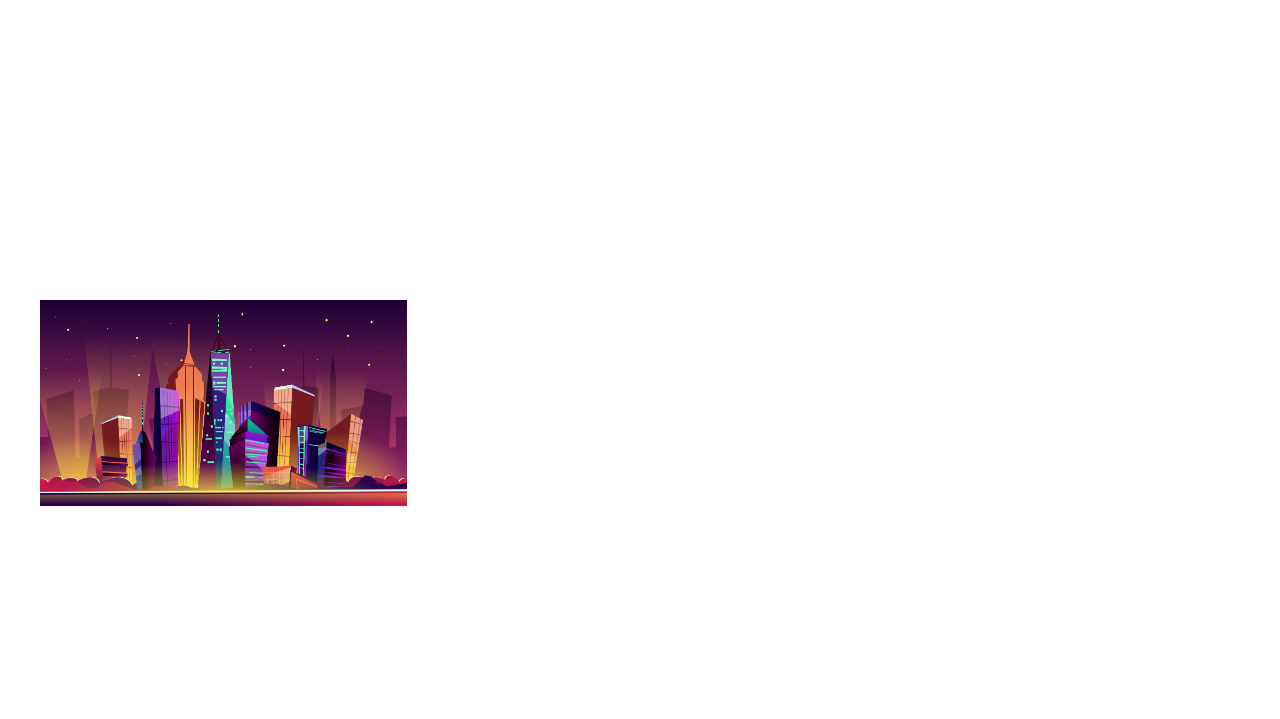
Repository: akinolapo/artverse
Page: /
The author's editor kept a copy of each file at every save. The page is drawn from the files as they stood at one save, then again after the next save.
The browser window is 1280 px wide. The pictures show the part of the page from y = 720 to 1439 px (the page is 1439 px tall).
The project was rebuilt for these pictures with package versions that can differ from the ones it lists, and the page was loaded fresh each time.

Above is the page before, as saved 2022-07-25 02:04:47.

After the next save:
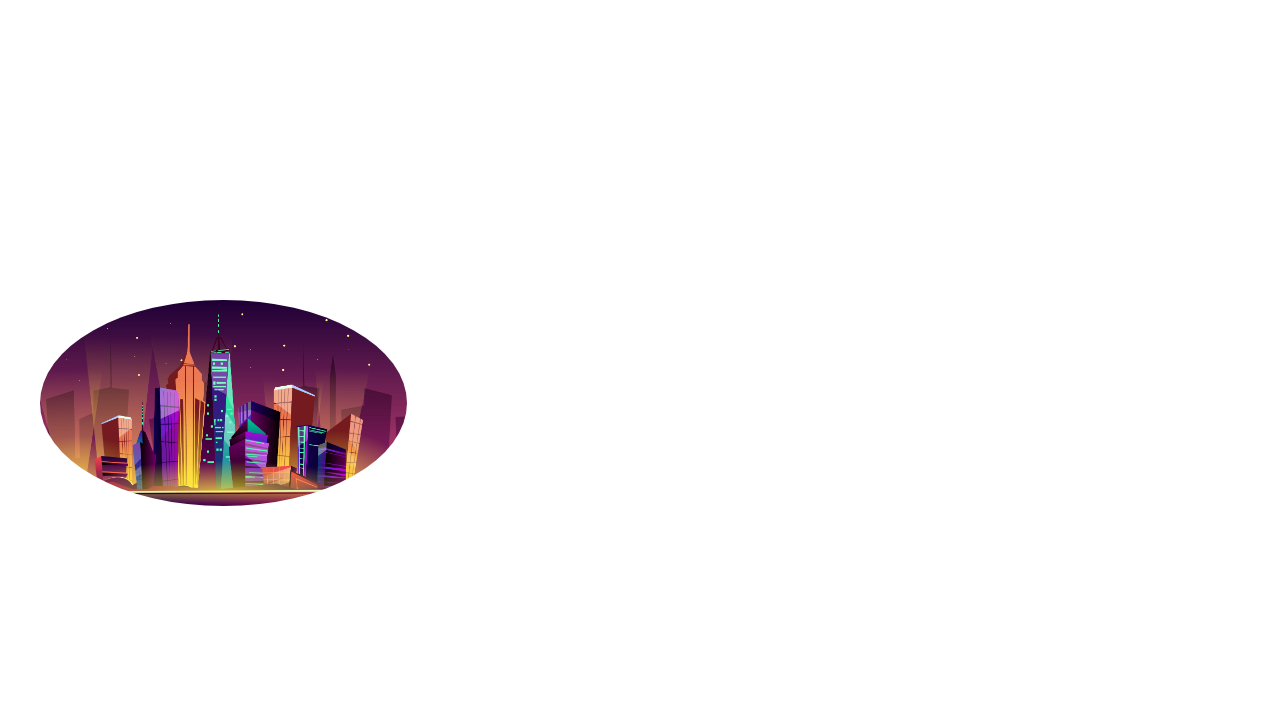
Saved 6 s later.
--- a/src/index.css
+++ b/src/index.css
@@ -58,5 +58,5 @@
 }
 
 .carouselImg{
-  border-radius: ;
+  border-radius: 100%;
 }

After the save that followed:
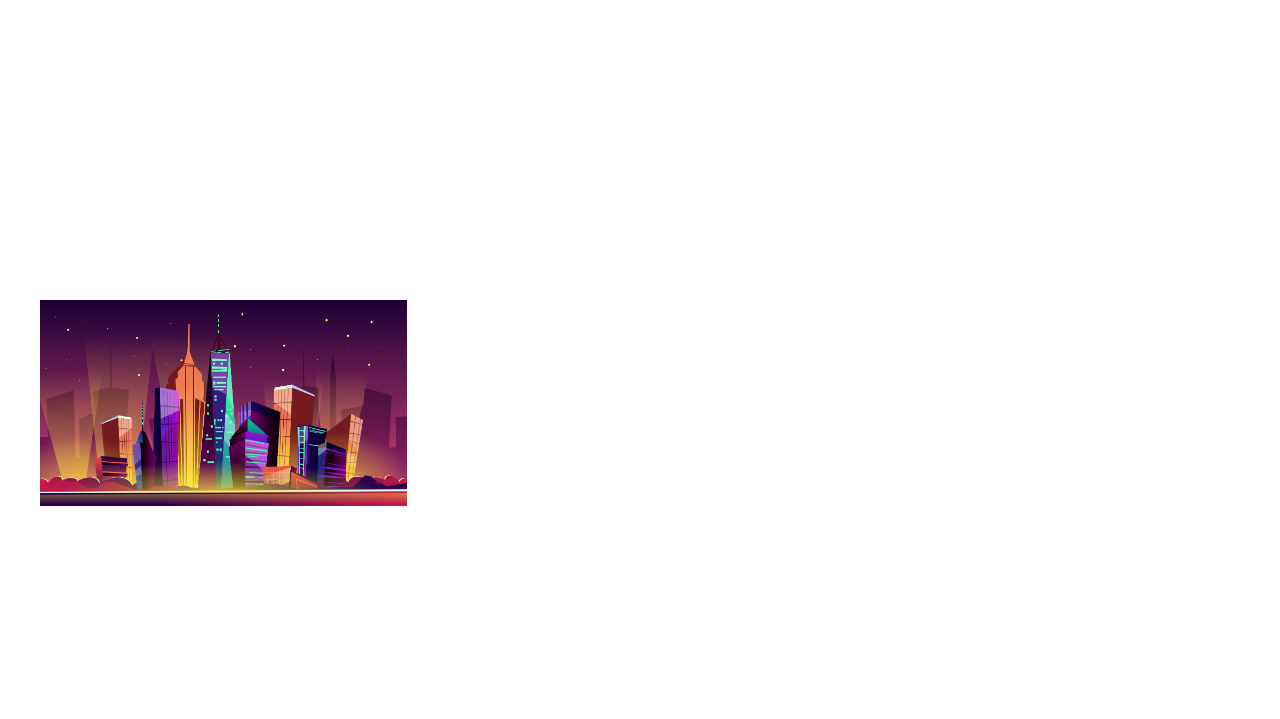
Saved 17 s later.
--- a/src/index.css
+++ b/src/index.css
@@ -58,5 +58,5 @@
 }
 
 .carouselImg{
-  border-radius: 100%;
+  border-radius: ;
 }
